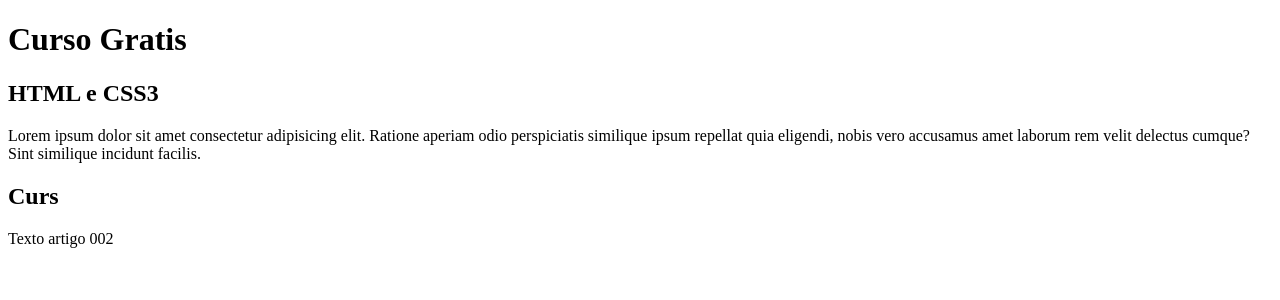
Repository: robertacristinaabreu01/projeto-siteGitHub
Page: index.html
These files come from the project's save history. The page is drawn as it stood at one moment and after a run of saves; the edit follows.
The browser window is 1280 px wide. The pictures show the whole page.

Above is the page before, as saved 2021-01-23 21:40:13.

### index.html
<!DOCTYPE html>
<html lang="pt-br">

<head>
    <meta charset="UTF-8">
    <meta name="viewport" content="width=device-width, initial-scale=1.0">
    <title>Titulo do Site</title>
</head>

<body>
    <main>
        <header>
            <h1>Curso Gratis</h1>
        </header>
        <article>
            <h1>HTML e CSS3</h1>
            <p>Lorem ipsum dolor sit amet consectetur adipisicing elit. Ratione aperiam odio perspiciatis similique ipsum repellat quia eligendi, nobis vero accusamus amet laborum rem velit delectus cumque? Sint similique incidunt facilis.</p>
        </article>
        <article>
            <h1>Curs</h1>
            <p>Texto artigo 002</p>
        </article>
    </main>
</body>

</html>

After the next 2 saves:
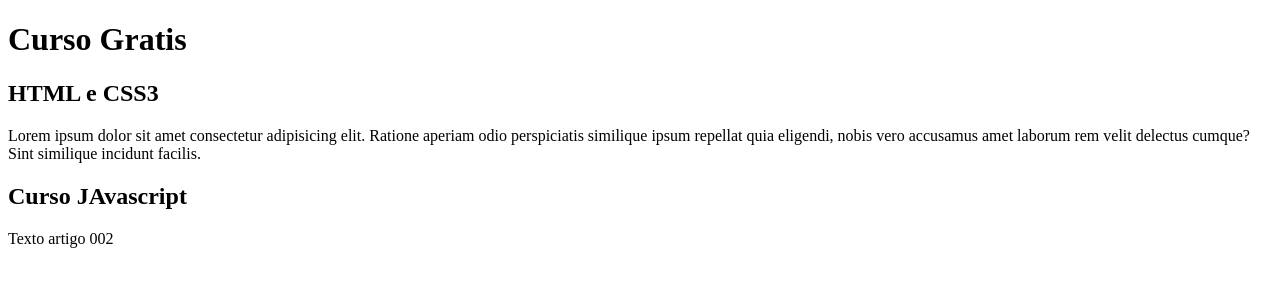
The 2 saves are shown as one change because they came seconds apart.
The last was saved 6 s later.
--- a/index.html
+++ b/index.html
@@ -17,7 +17,7 @@
             <p>Lorem ipsum dolor sit amet consectetur adipisicing elit. Ratione aperiam odio perspiciatis similique ipsum repellat quia eligendi, nobis vero accusamus amet laborum rem velit delectus cumque? Sint similique incidunt facilis.</p>
         </article>
         <article>
-            <h1>Curs</h1>
+            <h1>Curso JAvascript</h1>
             <p>Texto artigo 002</p>
         </article>
     </main>
